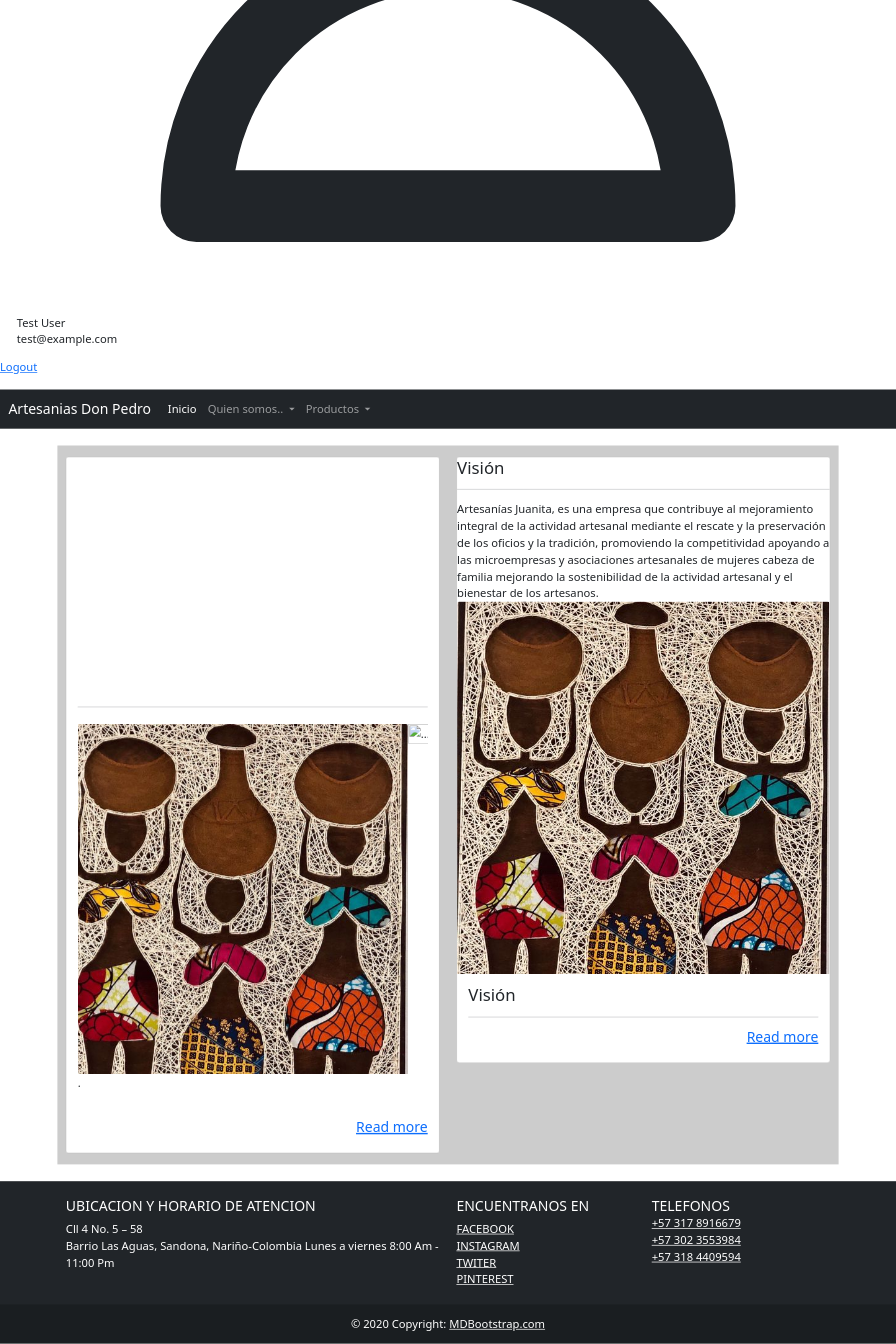
Repository: PG210/taller_artesania
Page: http://localhost/arte/mision
An editor plug-in stored every save of this project. The page is shown before and after the next save, followed by the edit.
The browser window is 1280 px wide. The pictures show the part of the page from y = 2278 to 4198 px (the page is 4198 px tall), at 70% of full size.
Pictures or frames that could not be fetched are drawn as grey boxes. The page is served by the project's Laravel application, run on PHP 8.4 with Laravel 8. A made-up administrator, Test User (test@example.com), is signed in.

Above is the page before, as saved 2021-01-14 15:41:22.

After the next save:
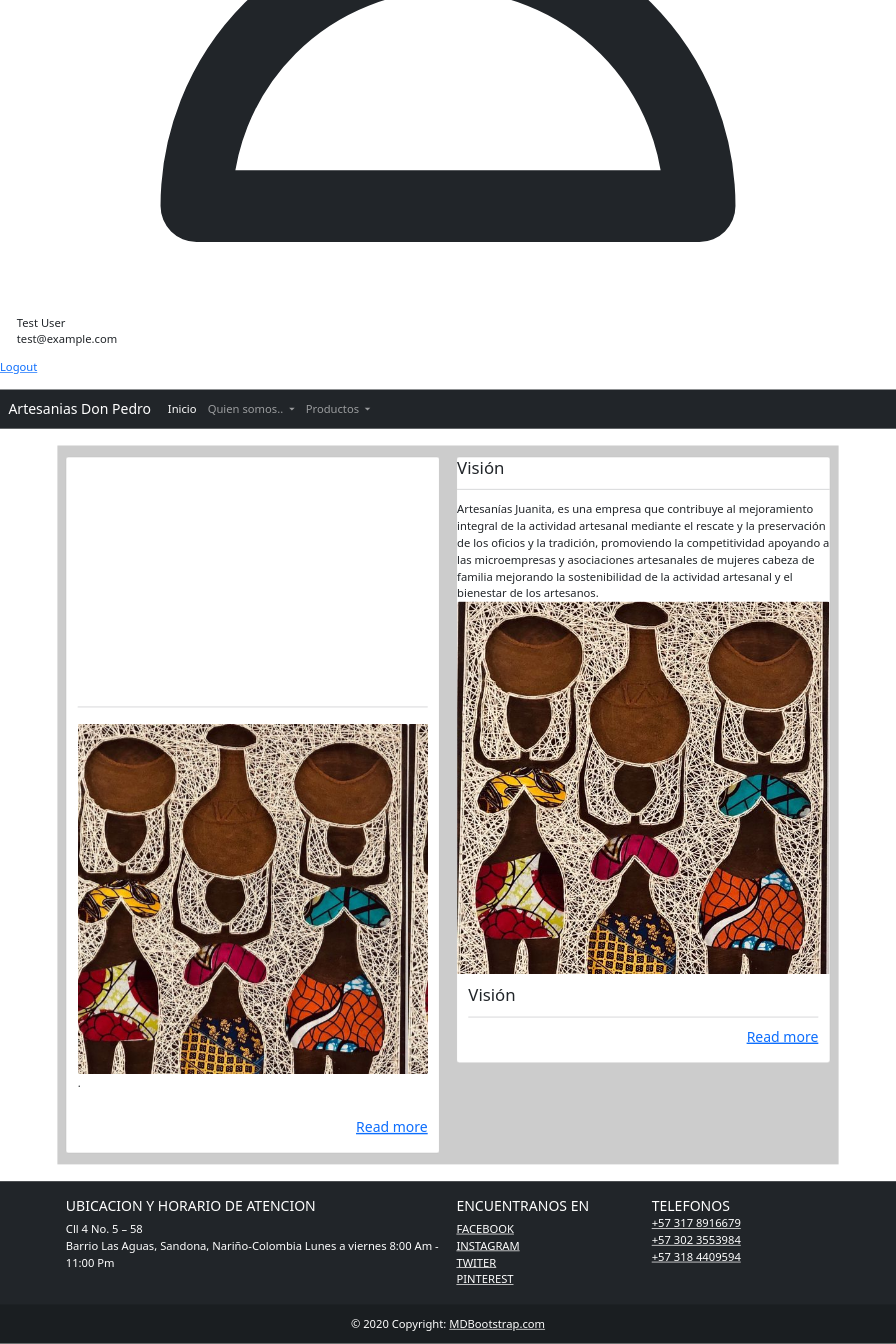
Saved 12 s later.
--- a/resources/views/arte/mision.blade.php
+++ b/resources/views/arte/mision.blade.php
@@ -46,10 +46,12 @@
                         alt="Card image cap">
                       </div>
                       <div class="carousel-item">
-                        <img src="..." class="d-block w-100" alt="...">
+                        <img class="card-img-top" src="../img/4.jpg"
+                        alt="Card image cap">
                       </div>
                       <div class="carousel-item">
-                        <img src="..." class="d-block w-100" alt="...">
+                        <img class="card-img-top" src="../img/4.jpg"
+                        alt="Card image cap">
                       </div>
                     </div>
                   </div>
